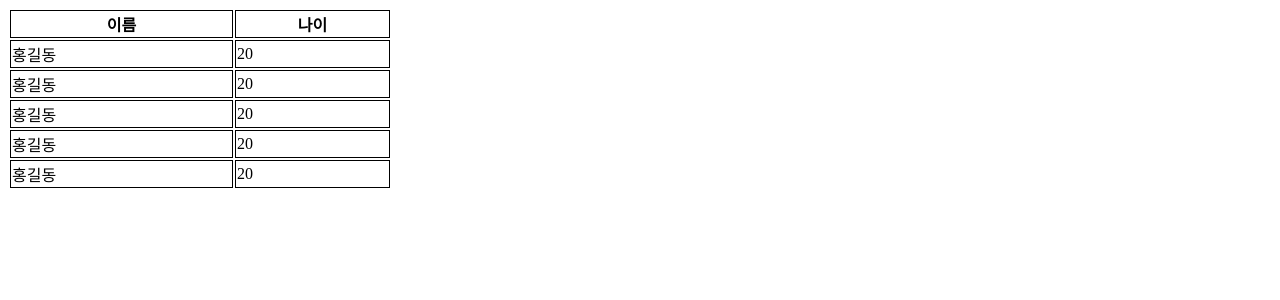
Repository: harin1212/PDA-frontend
Page: js05/table.html
The author's editor kept a copy of each file at every save. The page is drawn from the files as they stood at one save, then again after the next save.
The browser window is 1280 px wide. The pictures show the whole page.

Above is the page before, as saved 2023-08-10 09:24:48.

### js05/table.html
<!DOCTYPE html>
<html lang="en">
<head>
    <meta charset="UTF-8">
    <meta name="viewport" content="width=device-width, initial-scale=1.0">
    <title>Document</title>
    <style>
        table{
            width: 30vw;
            height: 20vh;
            border : collaps;
        }
        td, th{
            border: 1px solid black;
        }
    </style>
</head>
<body>
    <table>
        <thead>
            <tr><th scope="col">이름</th>
            <th scope="col">나이</th></tr>
        </thead>
        <tbody>
            <tr>
                <td>홍길동</td>
                <td>20</td>
            </tr>
            <tr>
                <td>홍길동</td>
                <td>20</td>
            </tr>
            <tr>
                <td>홍길동</td>
                <td>20</td>
            </tr>
            <tr>
                <td>홍길동</td>
                <td>20</td>
            </tr>
            <tr>
                <td>홍길동</td>
                <td>20</td>
            </tr>
        </tbody>
    </table>
</body>
</html>

After the next save:
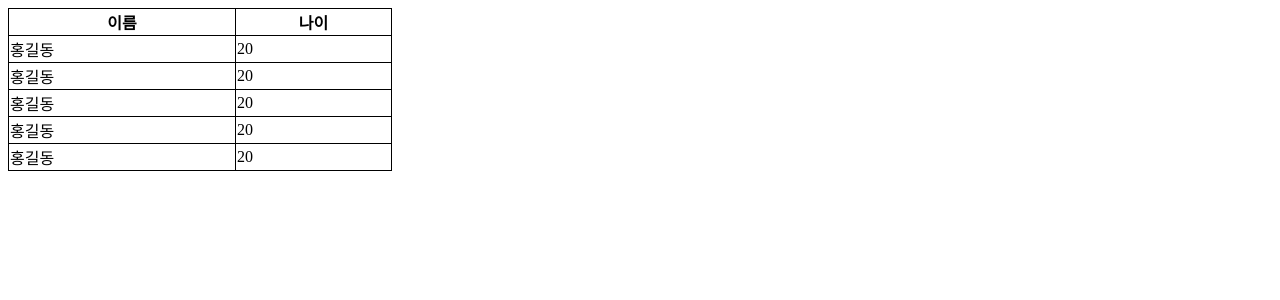
Saved 70 s later.
--- a/js05/table.html
+++ b/js05/table.html
@@ -8,10 +8,13 @@
         table{
             width: 30vw;
             height: 20vh;
-            border : collaps;
+            border-collapse : collapse;
         }
         td, th{
             border: 1px solid black;
+        }
+        .yellow{
+            background-color: yellow;
         }
     </style>
 </head>
